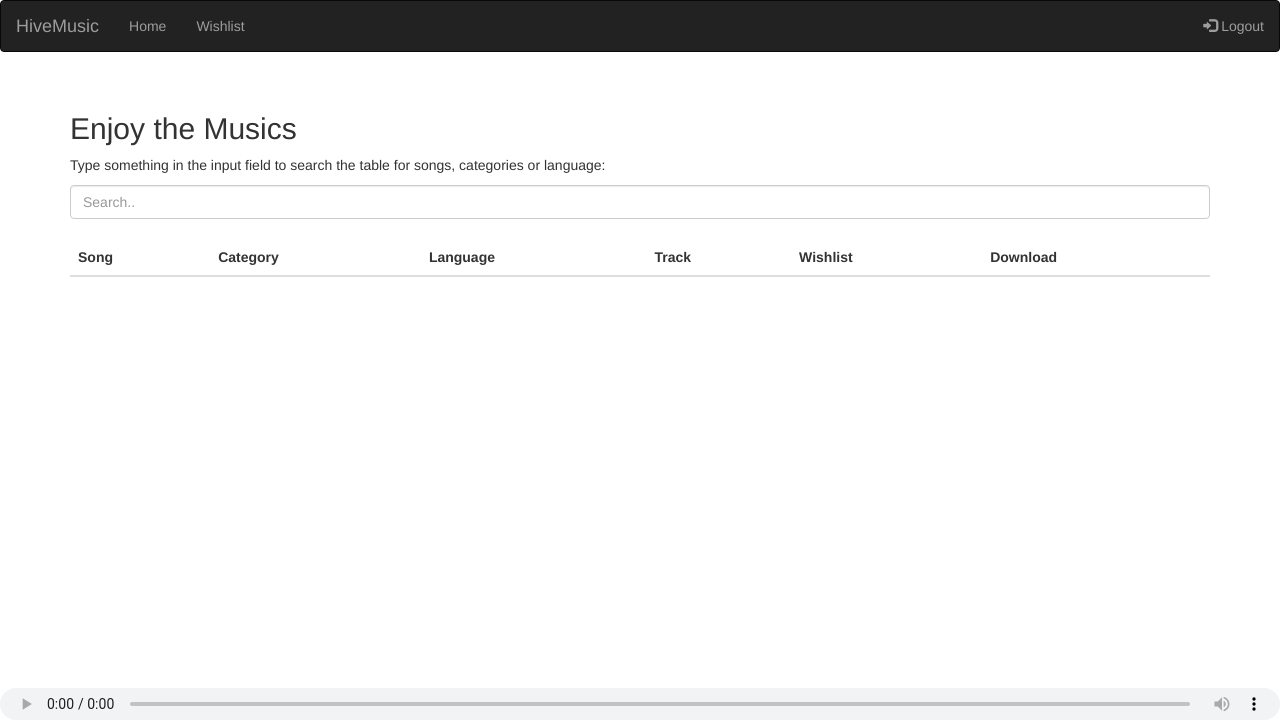
Repository: Zeocode/Online_Music_Platform
Page: http://localhost/Project1/getmusicUController
An editor plug-in stored every save of this project. The page is shown before and after the next save, followed by the edit.
The browser window is 1280 px wide. The pictures show the whole page.
The page is served by Tomcat 9. Queries for data that is not in the repository find no rows.

Above is the page before, as saved 2020-08-31 20:40:56.

After the next save:
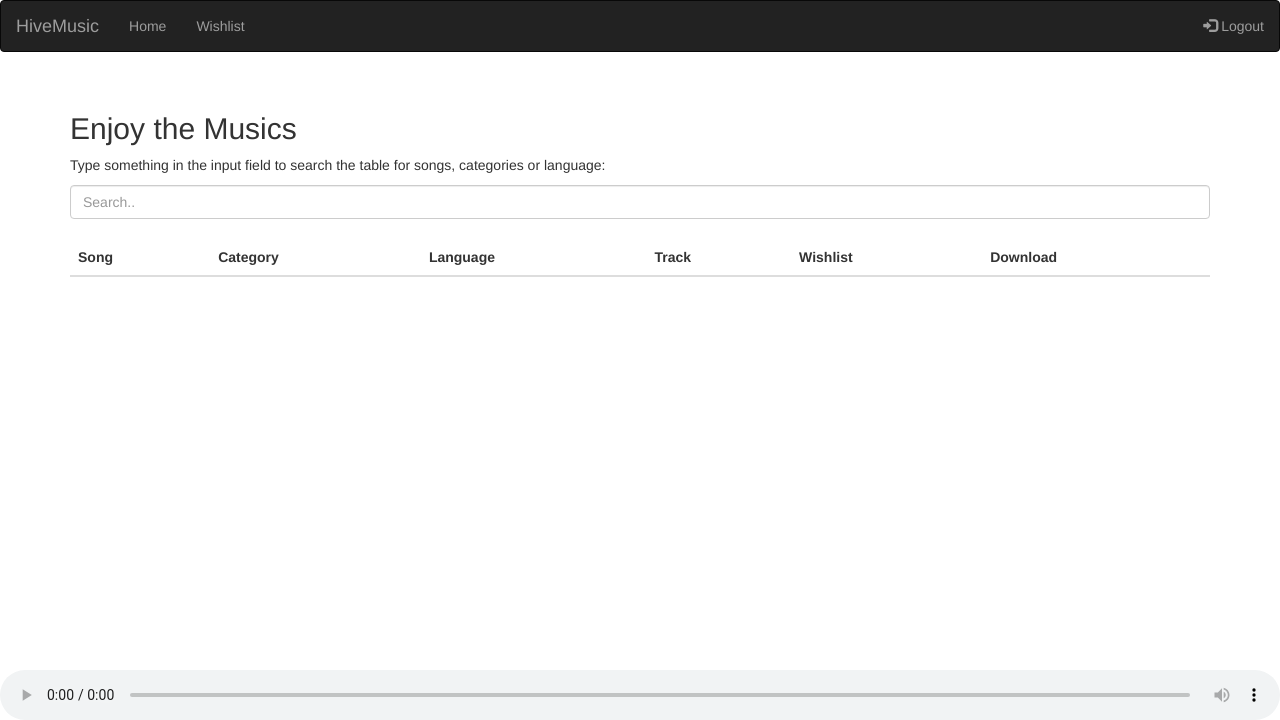
Saved 11 s later.
--- a/Project1/src/main/webapp/musicUDatabase.jsp
+++ b/Project1/src/main/webapp/musicUDatabase.jsp
@@ -19,7 +19,7 @@
 		bottom:0%;
 		left:0%;
 		width:100%;
-		height:32px;
+		height:50px;
 }
 
   </style>
